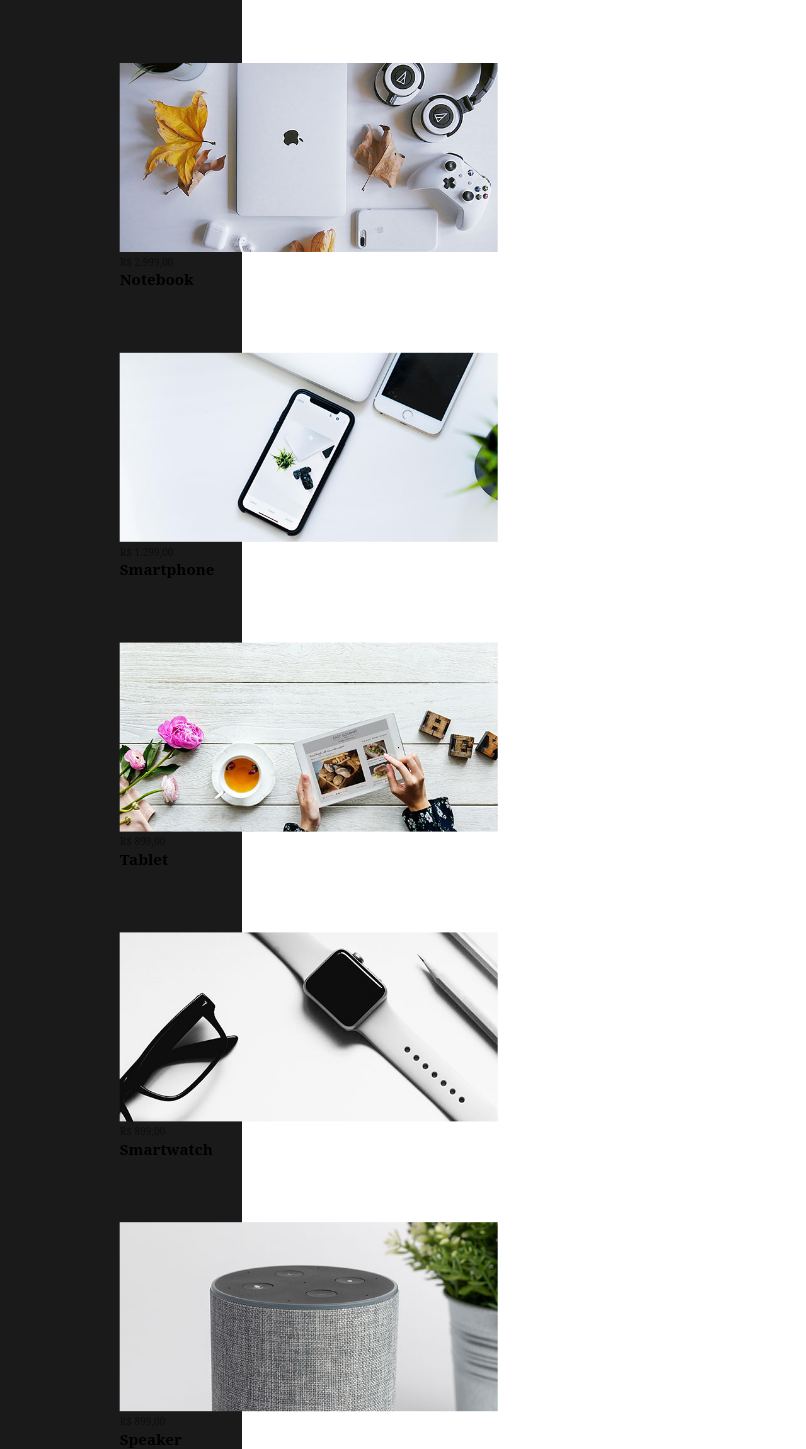
Repository: tomvieir/techno
Page: index.html
These files come from the project's save history. The page is drawn as it stood at one moment and after a run of saves; the edit follows.
The browser window is 1280 px wide. The pictures show the whole page, at 63% of full size.

Above is the page before, as saved 2022-06-23 17:11:12.

### index.html
<!DOCTYPE html>
<html lang="en">
<head>
  <meta charset="UTF-8">
  <meta name="viewport" content="width=device-width, initial-scale=1.0">
  <meta http-equiv="X-UA-Compatible" content="ie=edge">
  <script src="./vue.min.js"></script>
  <link rel="stylesheet" href="./style.css">
  <title>Techno</title>
</head>
<body>
  <div id="app">

    <section>


    </section>



    <section class="produtos">
      <div class="produtos" v-for="item in produtos" :key="item.id" @click="fetchProduto(item.id)">
        <img :src="item.img" :alt="item.nome">
        <div >
          <span class="produto_preco">{{item.preco |  formatarPreco}}</span>
          <h2>{{item.nome}}</h2>
        </div>
      </div>
    </section>

  </div>

  <script src="./app.js"></script>
</body>
</html>

### style.css
body, h1, h2, ul, li, p {
    padding: 0px;
    margin: 0px;
  }

  ul {
    list-style: none;
  }

  * {
    box-sizing: border-box;
  }

  body {
    background: linear-gradient(to right, #1a1a1a 30%, #ffffff 30%);
    font-family: "Noto Serif";
  }

  #app {
    padding: 0 80px;
  }

  /* LISTA PRODUTOS */

  .produtos {
    max-width: 900px;
    margin: 100px auto 0 auto;
  }

  .produto {
    display: flex;
    align-items: center;
    margin-bottom: 40px;
    background: #ffffff;
    box-shadow: 0 0 2rem rgba(0,0,0,.1);
    cursor: pointer;
  }

  .produto_img {
    max-width: 300px;
    margin-right: 40px;
  }

  .produto_titulo {
    font-size: 3rem;
    line-height: 1;
  }

  .produto_preco {
    color: rgba(0,0,0,.5);
  }

  /* MODAL */

  .modal::before {
    content: "";
    position: fixed;
    top: 0px;
    left: 0px;
    width: 100%;
    height: 100vh;
    background: rgba(0,0,0,.5);
  }

  .modal {
    display: flex;
    flex-direction: column;
    align-items: center;
    position: absolute;
    top: 0px;
    left: 0px;
    width: 100%;
    padding: 80px;
  }

  .modal_container {
    position: relative;
    background: linear-gradient(to right, transparent 250px, white 250px);
    z-index: 1;
    display: grid;
    align-items: end;
    grid-gap: 50px;
    padding: 50px 50px 50px 0;
  }

  .modal_img {
    grid-column: 1;
    box-shadow: 0px 3px 4px rgba(0,0,0,.1), 0px 4px 10px rgba(0,0,0,.2);
  }

  .modal_img img {
    max-width: 300px;
    display: block;
  }

  .modal_dados {
    grid-column: 2;
    max-width: 600px;
  }

  .modal_titulo {
    font-size: 3rem;
  }

  .modal_btn {
    margin-top: 80px;
    background: #000;
    cursor: pointer;
    color: #ffffff;
    border: none;
    font-size: 1rem;
    padding: 10px 25px;
    font-family: "Noto Serif";
  }

  .modal_btn:active {
    background: #808080;
  }

  /* AVALIACOES */

  .avaliacoes {
    grid-column: 2;
  }

  .avaliacoes_subtitulo {
    font-size: 1.75rem;
  }

  .avaliacao {
    border-bottom: 1px solid rgba(0,0,0,.1);
    padding-bottom: 20px;
  }

  .avaliacao_descricao {
    color: rgba(0,0,0,.7);
    margin: 20px 0 5px 0;
  }

  .avaliacao_usuario {
    font-weight: bold;
  }

### app.js
const vm = new Vue({
  el: "#app",
  data: {
    produtos: [],
    produto: false,
  },
  methods: {
    fetchProdutos() {
      fetch("./api/produtos.json")
        .then(r => r.json())
        .then(r => {
          this.produtos = r;
        })
    },

    fetchProduto(id) {
      fetch(`./api/produtos/${id}/dados.json`)
        .then(r => r.json())
        .then(r => {
          this.produto = r;
        })
    }
  },

  filters: {
    formatarPreco(preco) {
      return preco.toLocaleString("pt-BR", {
        style: "currency",
        currency: "BRL",
        minimumFractionDigits: 2
      });
    }
  },

  created() {
    this.fetchProdutos();
  }
})

### api/produtos.json
[
  {
    "id": "notebook",
    "nome": "Notebook",
    "preco": 2999,
    "img": "./api/produtos/notebook/notebook.jpg"
  },
  {
    "id": "smartphone",
    "nome": "Smartphone",
    "preco": 1299,
    "img": "./api/produtos/smartphone/smartphone.jpg"
  },
  {
    "id": "tablet",
    "nome": "Tablet",
    "preco": 899,
    "img": "./api/produtos/tablet/tablet.jpg"
  },
  {
    "id": "smartwatch",
    "nome": "Smartwatch",
    "preco": 899,
    "img": "./api/produtos/smartwatch/smartwatch.jpg"
  },
  {
    "id": "speaker",
    "nome": "Speaker",
    "preco": 899,
    "img": "./api/produtos/speaker/speaker.jpg"
  }
]

Loaded but not shown: vue.min.js (library)

After the next 3 saves:
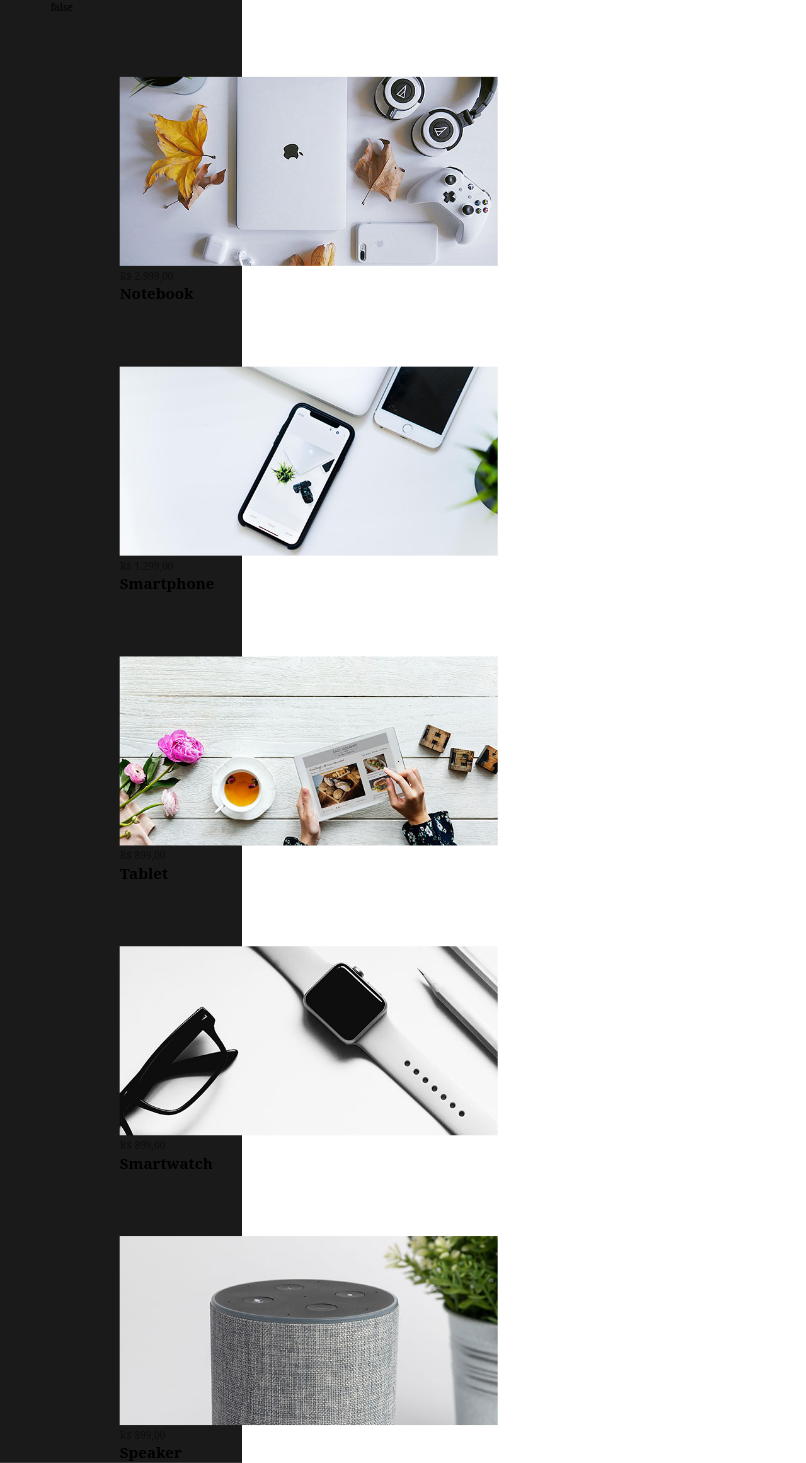
The 3 saves are shown as one change because they came seconds apart.
The last was saved 9 s later.
--- a/index.html
+++ b/index.html
@@ -13,6 +13,7 @@
 
     <section>
 
+      {{produto}}
 
     </section>
 
